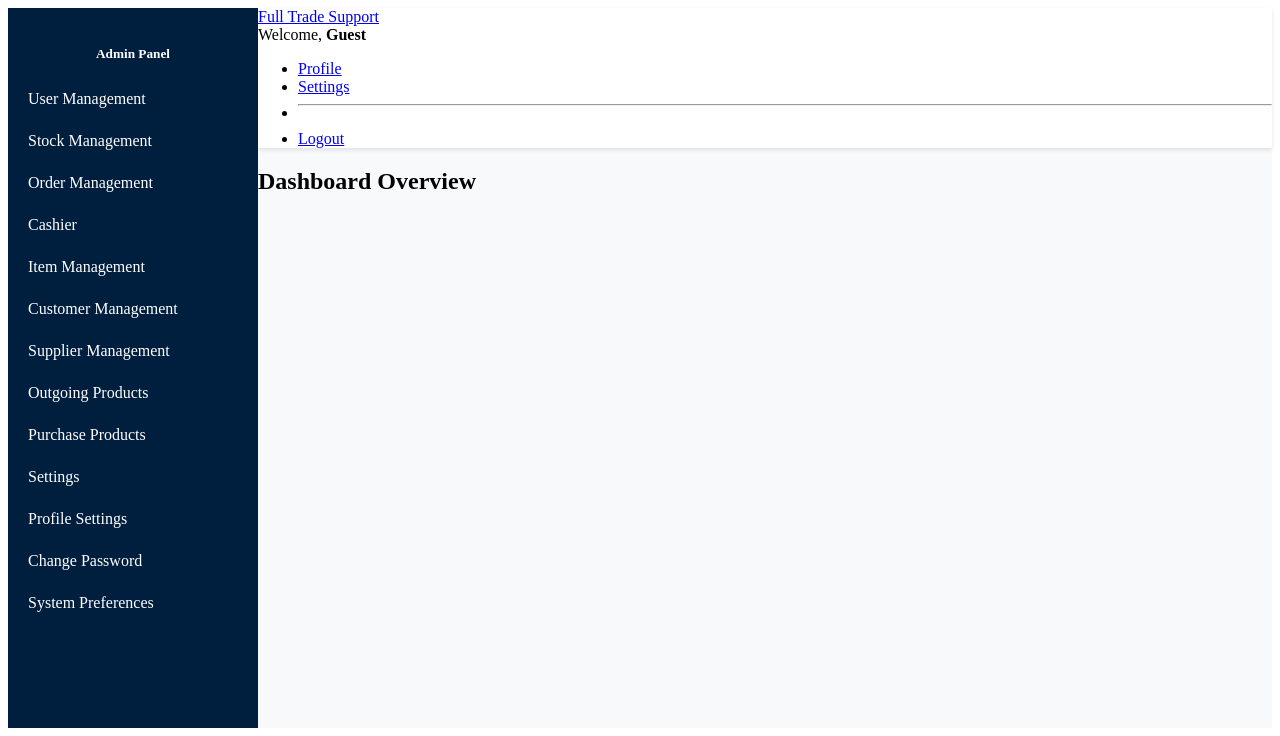
Repository: LakviduUpasara/onlineSparePartsManagementSystem
Page: http://localhost/Spare_parts_Management_Systems/Nav.jsp
An editor plug-in stored every save of this project. The page is shown before and after the next save, followed by the edit.
The browser window is 1280 px wide. The pictures show the whole page.
The page is served by Tomcat 9. Other server files are loaded and not shown.

Above is the page before, as saved 2025-05-13 19:56:14.

### Project/Project/Spare_parts_Management_Systems/src/main/webapp/Nav.jsp

  <style>
    body {
      display: flex;
      min-height: 100vh;
      overflow-x: hidden;
    }
    .sidebar {
      width: 250px;
      background-color: #001f3f;
      color: #fff;
      flex-shrink: 0;
      padding-top: 1rem;
    }
    .sidebar a {
      display: block;
      padding: 12px 20px;
      color: #fff;
      text-decoration: none;
      transition: background 0.3s;
    }
    .sidebar a:hover {
      background-color: #003366;
    }
    .sidebar h5 {
      text-align: center;
      margin-bottom: 1rem;
      font-weight: bold;
    }
    .main-content {
      flex-grow: 1;
      background: #f8f9fa;
    }
    .navbar {
      background-color: #ffffff;
      box-shadow: 0 2px 4px rgba(0,0,0,0.1);
    }
  </style>
</head>
<body>

  <!-- Sidebar -->
  <div class="sidebar">
    <h5>Admin Panel</h5>
    <a href="GetAllServlet"><i class="fas fa-users me-2"></i>User Management</a>
    <a href="#"><i class="fas fa-boxes me-2"></i>Stock Management</a>
    <a href="#"><i class="fas fa-shopping-cart me-2"></i>Order Management</a>
    <a href="#"><i class="fas fa-cash-register me-2"></i>Cashier</a>
    <a href="#"><i class="fas fa-box me-2"></i>Item Management</a>
    <a href="#"><i class="fas fa-user-friends me-2"></i>Customer Management</a>
    <a href="supplier-list"><i class="fas fa-truck me-2"></i>Supplier Management</a>
    <a href="#"><i class="fas fa-arrow-up-right-from-square me-2"></i>Outgoing Products</a>
    <a href="#"><i class="fas fa-arrow-down-to-line me-2"></i>Purchase Products</a>
    <a href="#" data-bs-toggle="collapse" data-bs-target="#settingsMenu"><i class="fas fa-gear me-2"></i>Settings</a>
    <div class="collapse ms-3" id="settingsMenu">
      <a href="profile.jsp" class="d-block mt-1"><i class="fas fa-id-badge me-2"></i>Profile Settings</a>
      <a href="#" class="d-block mt-1"><i class="fas fa-lock me-2"></i>Change Password</a>
      <a href="#" class="d-block mt-1"><i class="fas fa-sliders-h me-2"></i>System Preferences</a>
    </div>
  </div>

  <!-- Main Content -->
  <div class="main-content w-100">
    <nav class="navbar navbar-expand-lg navbar-light px-4">
      <a class="navbar-brand fw-bold" href="#">Full Trade Support</a>
      <div class="ms-auto d-flex align-items-center">
        <!-- Show user name from session -->
        <span class="me-3">
          Welcome, <strong><%= session.getAttribute("userName") != null ? session.getAttribute("userName") : "Guest" %></strong>
        </span>
        <div class="dropdown">
          <a class="btn btn-light dropdown-toggle" href="#" role="button" data-bs-toggle="dropdown">
            <i class="fas fa-user-circle fa-lg"></i>
          </a>
          <ul class="dropdown-menu dropdown-menu-end">
            <li><a class="dropdown-item" href="profile.jsp"><i class="fas fa-id-badge me-2"></i>Profile</a></li>
            <li><a class="dropdown-item" href="#"><i class="fas fa-cogs me-2"></i>Settings</a></li>
            <li><hr class="dropdown-divider"></li>
            <li><a class="dropdown-item text-danger" href="logout.jsp"><i class="fas fa-sign-out-alt me-2"></i>Logout</a></li>
          </ul>
        </div>
      </div>
    </nav>

    <!-- Page content -->
    <div class="container mt-4">
      <h2>Dashboard Overview</h2>
      <!-- Add dashboard content here -->
    </div>
  </div>

After the next save:
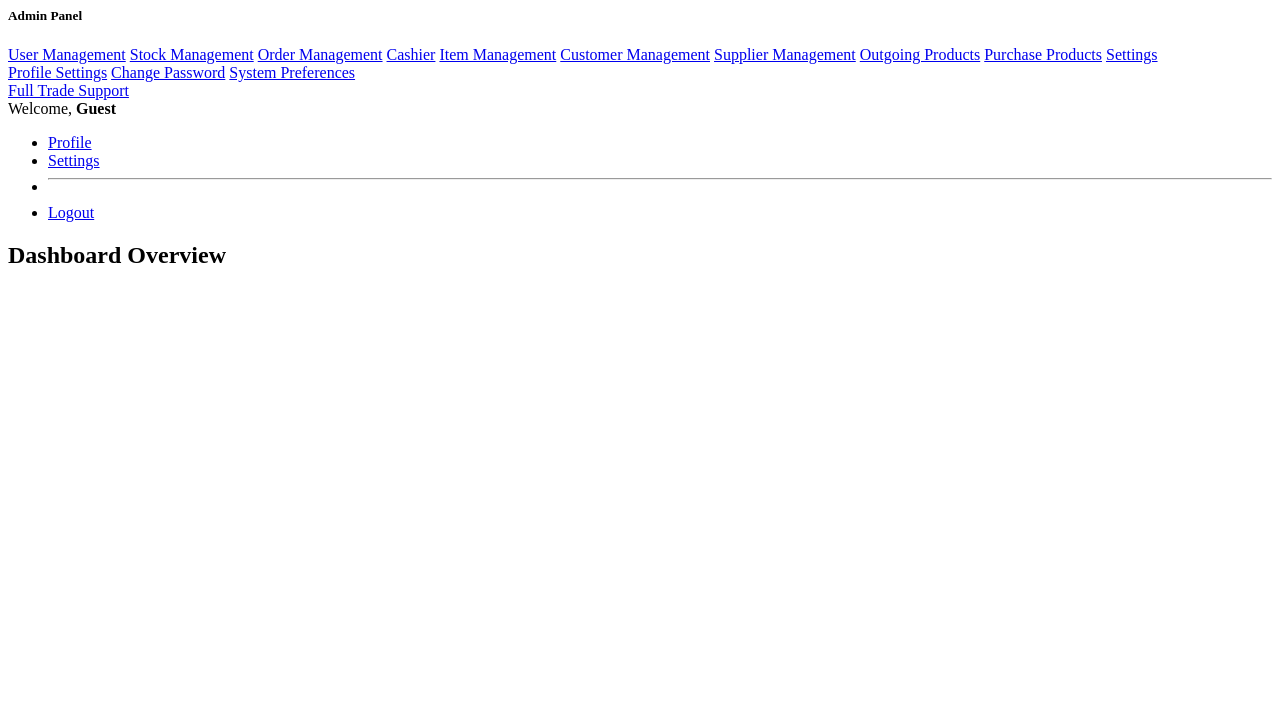
Saved 68 s later.
--- a/Project/Project/Spare_parts_Management_Systems/src/main/webapp/Nav.jsp
+++ b/Project/Project/Spare_parts_Management_Systems/src/main/webapp/Nav.jsp
@@ -1,43 +1,4 @@
 
-  <style>
-    body {
-      display: flex;
-      min-height: 100vh;
-      overflow-x: hidden;
-    }
-    .sidebar {
-      width: 250px;
-      background-color: #001f3f;
-      color: #fff;
-      flex-shrink: 0;
-      padding-top: 1rem;
-    }
-    .sidebar a {
-      display: block;
-      padding: 12px 20px;
-      color: #fff;
-      text-decoration: none;
-      transition: background 0.3s;
-    }
-    .sidebar a:hover {
-      background-color: #003366;
-    }
-    .sidebar h5 {
-      text-align: center;
-      margin-bottom: 1rem;
-      font-weight: bold;
-    }
-    .main-content {
-      flex-grow: 1;
-      background: #f8f9fa;
-    }
-    .navbar {
-      background-color: #ffffff;
-      box-shadow: 0 2px 4px rgba(0,0,0,0.1);
-    }
-  </style>
-</head>
-<body>
 
   <!-- Sidebar -->
   <div class="sidebar">
